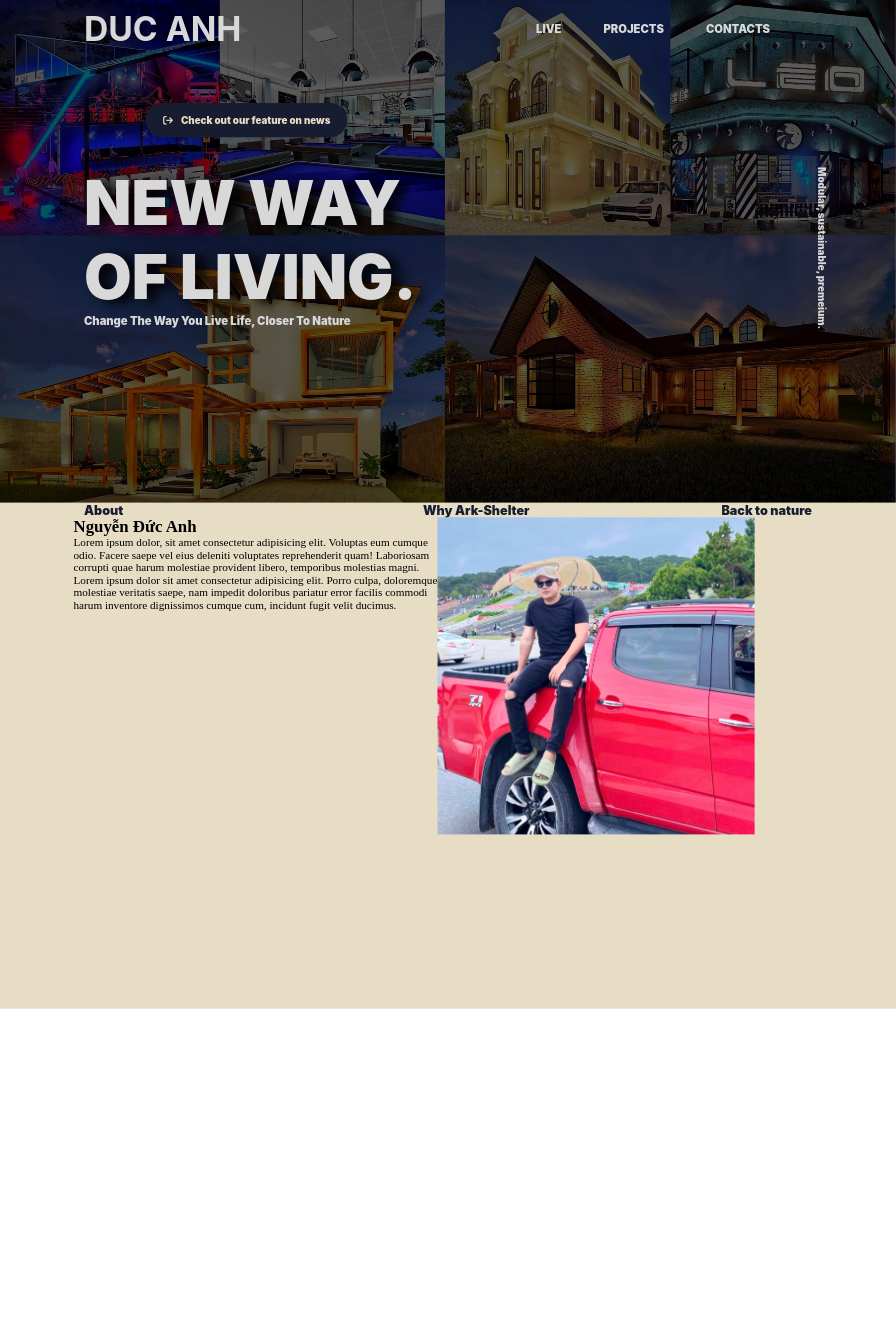
Repository: Ethanxcode/DucAnhNguyen
Page: index.html
An editor plug-in stored every save of this project. The page is shown before and after the next save, followed by the edit.
The browser window is 1280 px wide. The pictures show the part of the page from y = 0 to 1920 px (the page is 10000 px tall), at 70% of full size.

Above is the page before, as saved 2023-01-14 01:53:09.

After the next save:
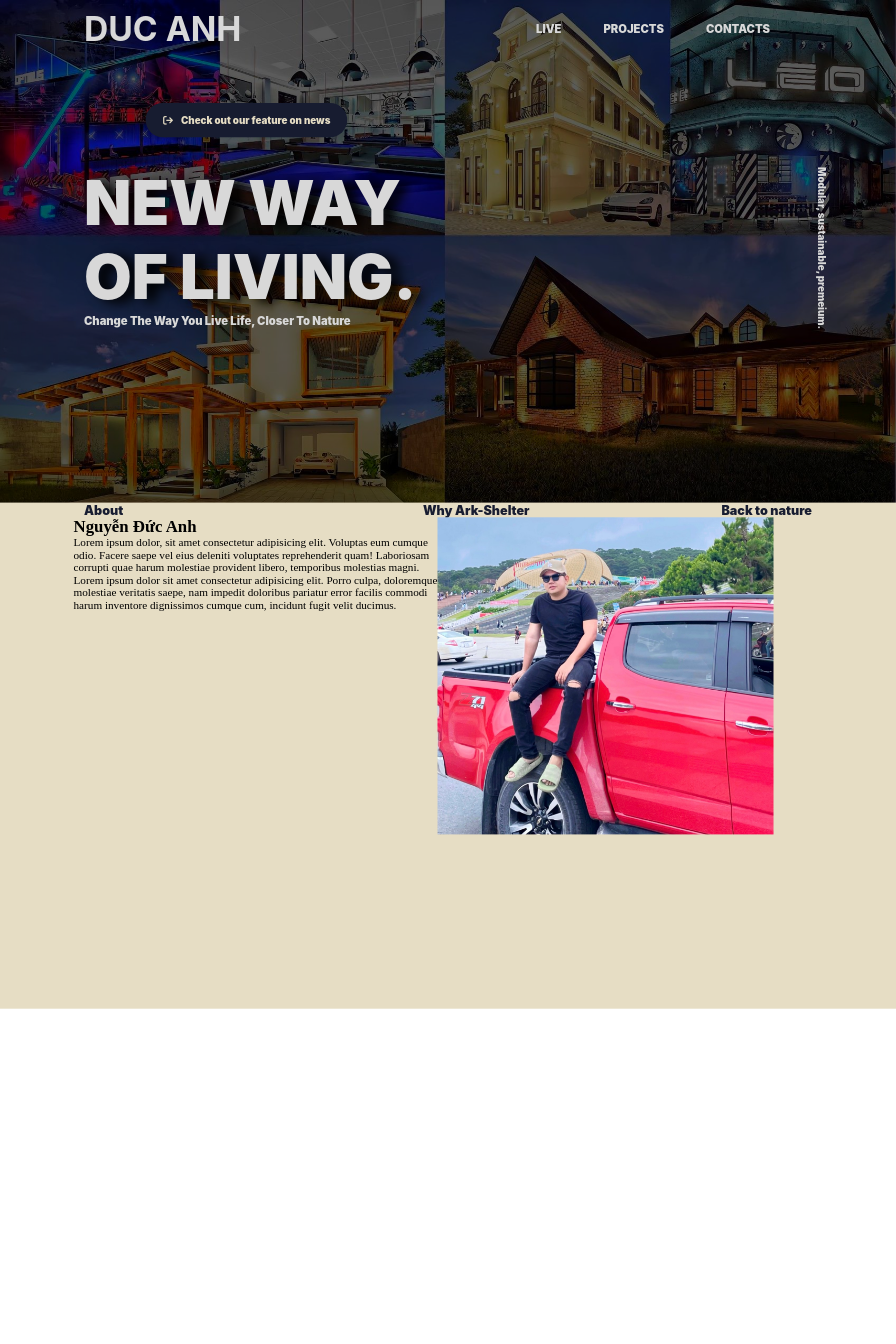
Saved 6 s later.
--- a/index.html
+++ b/index.html
@@ -91,7 +91,7 @@
 						<img
 							src="./Assets/P1.jpg"
 							alt=""
-							style="height: 453px; width: 453px; object-fit: cover"
+							style="height: 453px; width: 480px; object-fit: cover"
 						/>
 					</div>
 				</div>
